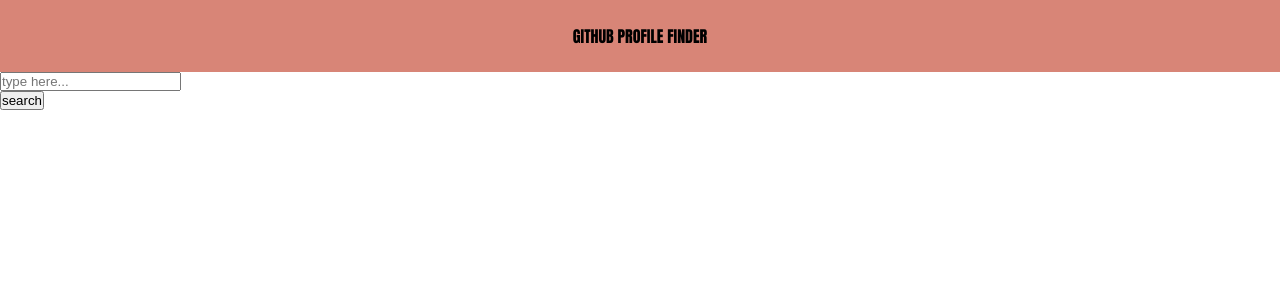
Repository: nilesjamex/githubprofilefinder
Page: index.html
These files come from the project's save history. The page is drawn as it stood at one moment and after the next save; the edit follows.
The browser window is 1280 px wide. The pictures show the whole page.

Above is the page before, as saved 2020-11-18 22:47:35.

After the next save:
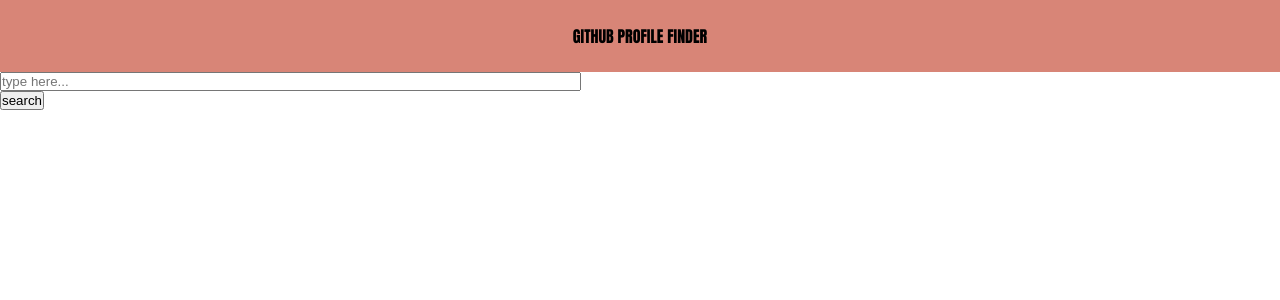
Saved 44 s later.
--- a/index.html
+++ b/index.html
@@ -19,7 +19,7 @@
   <section>
       <div>
           <form method="get">
-              <input type="text" name="" placeholder="type here..." id=""><br>
+              <input type="text" name="" placeholder="type here..." id="" size="70%"><br>
               <input type="submit" value="search">
           </form>
       </div>
